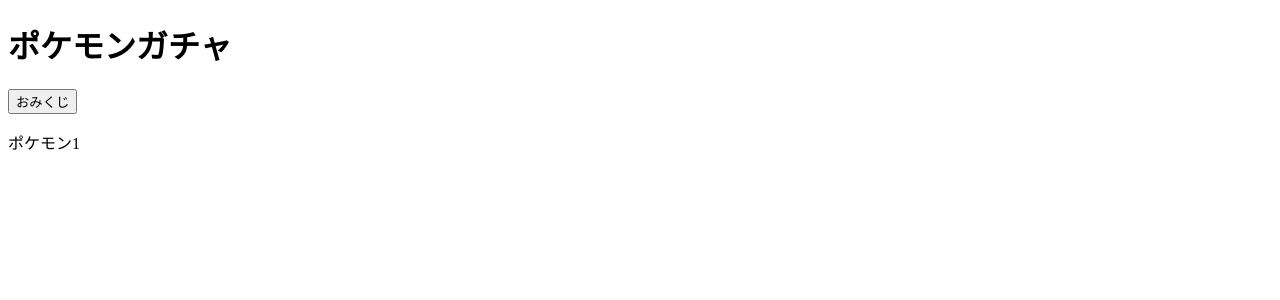
Repository: KustomApe/ksie
Page: index.html
The author's editor kept a copy of each file at every save. The page is drawn from the files as they stood at one save, then again after the next save.
The browser window is 1280 px wide. The pictures show the whole page.
After loading, the first visible `input` was clicked once.

Above is the page before, as saved 2020-11-22 11:42:40.

After the next save:
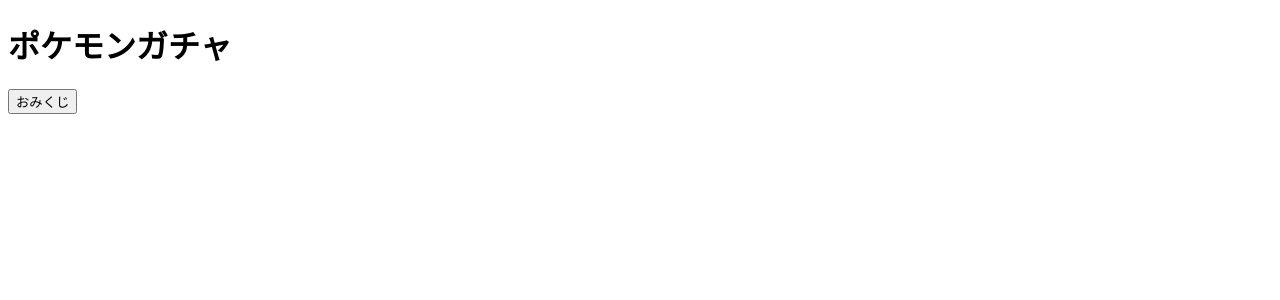
Console error: ReferenceError: elect is not defined
Saved 35 s later.
--- a/assets/js/omikuji.js
+++ b/assets/js/omikuji.js
@@ -2,7 +2,6 @@
     pokemon = new Array('ポケモン1', 'ポケモン2', 'ポケモン3', 'ポケモン4', 'ポケモン5');
     rand = Math.floor(Math.random()*100);
     console.log(rand)
-    elect = 'ポケモン1'
     if (rand > 9) msg = "ポケモン2"; //10～29（20%）
 	if (rand > 29) msg = "ポケモン3"; //30～69（40%）
 	if (rand > 69) msg = "ポケモン4"; //70～89（20%）

After the save that followed:
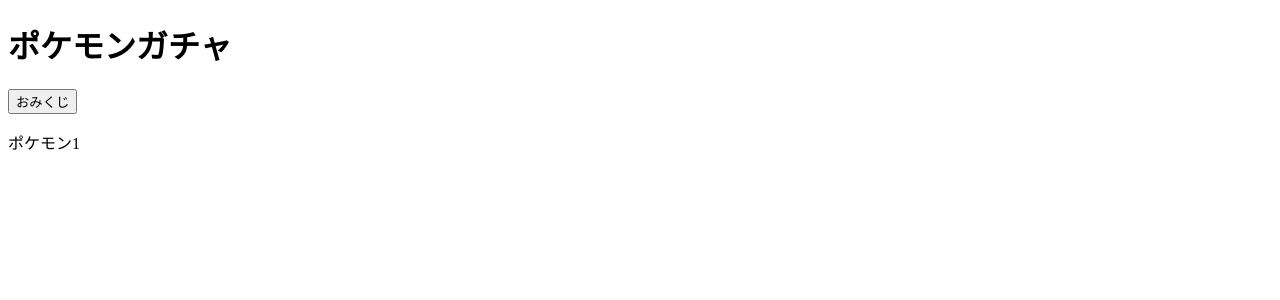
The error is gone.
Saved 13 s later.
--- a/assets/js/omikuji.js
+++ b/assets/js/omikuji.js
@@ -2,10 +2,11 @@
     pokemon = new Array('ポケモン1', 'ポケモン2', 'ポケモン3', 'ポケモン4', 'ポケモン5');
     rand = Math.floor(Math.random()*100);
     console.log(rand)
-    if (rand > 9) msg = "ポケモン2"; //10～29（20%）
-	if (rand > 29) msg = "ポケモン3"; //30～69（40%）
-	if (rand > 69) msg = "ポケモン4"; //70～89（20%）
-	if (rand > 89) msg = "ポケモン5"; //90～99（10%）
+    elect = 'ポケモン1'
+    if (rand > 9) elect = "ポケモン2"; //10～29（20%）
+	if (rand > 29) elect = "ポケモン3"; //30～69（40%）
+	if (rand > 69) elect = "ポケモン4"; //70～89（20%）
+	if (rand > 89) elect = "ポケモン5"; //90～99（10%）
     console.log(elect);
     para = document.getElementById('pokemon_elect');
     para.innerHTML = elect;
